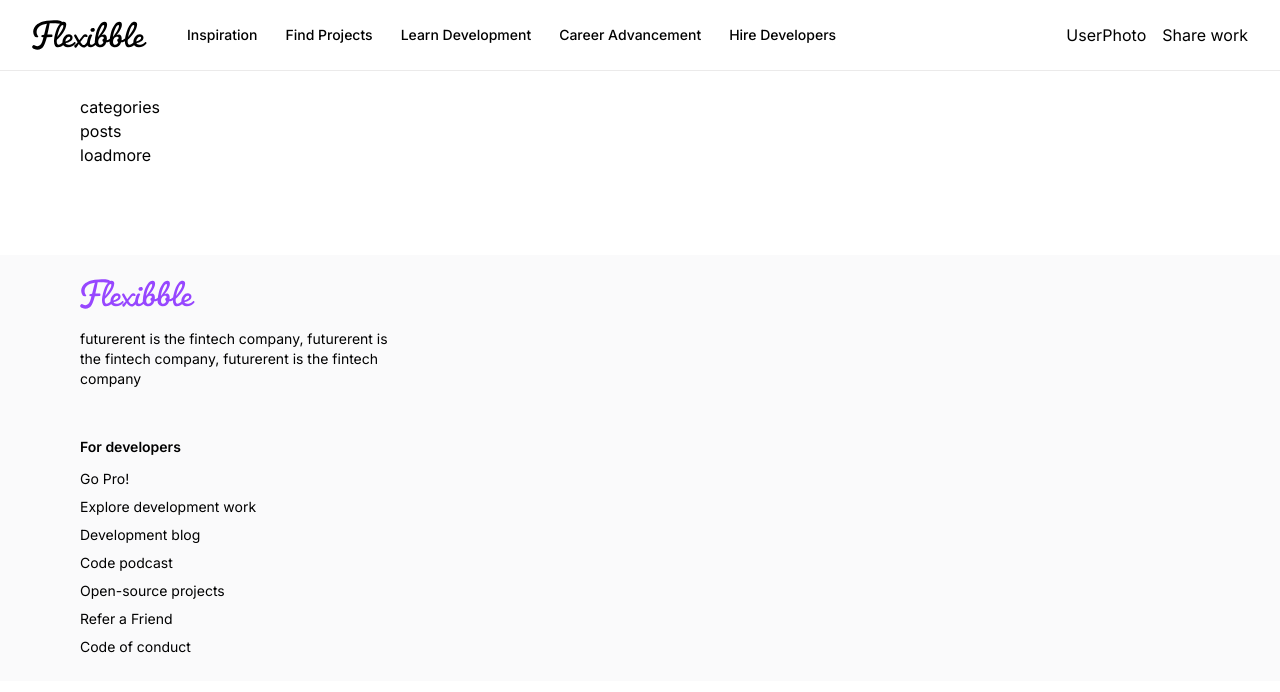
Repository: cicifuture/grafbase_proj
Page: /
The author's editor kept a copy of each file at every save. The page is drawn from the files as they stood at one save, then again after the next save.
The browser window is 1280 px wide. The pictures show the whole page.
The project was rebuilt for these pictures with package versions that can differ from the ones it lists, and the page was loaded fresh each time. The framework's server and built-in components were replaced by stand-ins that run in the browser. Also part of the build but not shown: next.config.js, components/AuthProviders.tsx.

Above is the page before, as saved 2023-09-26 10:10:01.

### components/Navbar.tsx
import React from 'react'
import Link from 'next/link'
import Image from 'next/image'
import { NavLinks } from '@/constant'
import AuthProviders from './AuthProviders'
const Navbar = () => {
  const session = {}
  return (
    <nav>
        <div className= 'flexBetween navbar'>
            <div className='flex-1 flexStart gap-10'>
                <Link href= '/'>
                    <Image
                        src='/logo.svg'
                        width={115}
                        height={43}
                        alt='Flexibble'/>
                </Link>
                <ul className = 'xl:flex hidden text-small gap-7'>
                  {NavLinks.map((link)=>(<Link href={link.href} key={link.key}>{link.text}</Link>))}
                </ul>
            </div>
            <div className='flexCenter gap-4'>
              {session ? (
                <>
                UserPhoto
                <Link href='/create-project'>Share work</Link>
                </>) : (<AuthProviders />)
                }
            </div>
        </div>
    </nav>
  )
}

export default Navbar

### components/Footer.tsx
import React from 'react'
import Image from 'next/image'
import Link from 'next/link';
import { footerLinks } from '@/constant';


type ColumnProps = {
  title:string;
  links:Array<string>;
}

const FooterColumn = ({title,links}:ColumnProps) => (
  <div className='footer_column'>
    <h4 className='font-semibold'>{title}</h4>
    <ul className='flex flex-col gap-2 font-normal'>{links.map((link)=><Link href='/' key={link}>{link}</Link>)}</ul>
  </div>
)
const Footer = () => {
  return (
    <footer className='flexStart footer'>
      <div className='flex flex-col gap-12 w-full'>
        <div className='flex items-start flex-col'>
          <Image src='/logo-purple.svg'
                width={115}
                height={38}
                alt="Flexibble"/>
          <p className='text-start text-sm font-normal mt-5 max-w-xs'>futurerent is the fintech company, futurerent is the fintech company, futurerent is the fintech company</p>
        </div>
        <div className='flex flex-wrap gap-12'>
          <FooterColumn title={footerLinks[0].title} links={footerLinks[0].links}/>
        </div>
      </div>
    </footer>


  )
}

export default Footer

Loaded but not shown: app/layout.tsx (common file); app/page.tsx (common file); app/globals.css (common file); constant/index.ts (common file); tailwind.config.ts (common file)

After the next save:
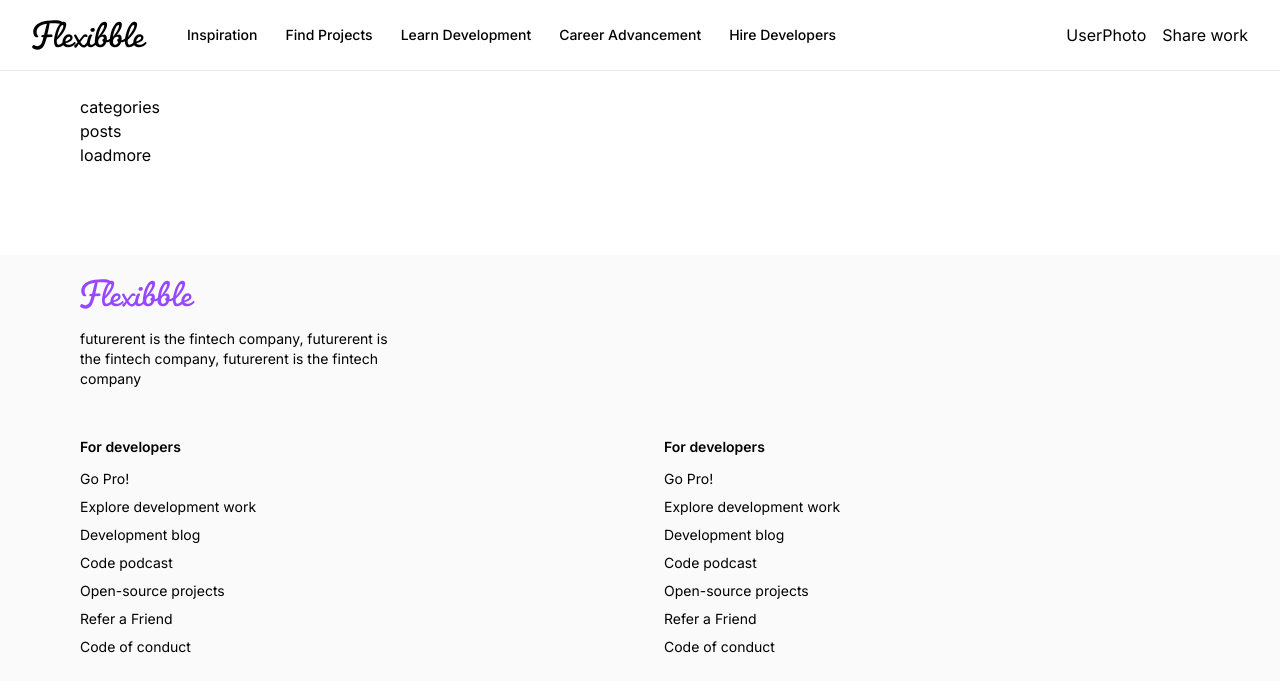
Saved 93 min 46 s later.
--- a/components/Footer.tsx
+++ b/components/Footer.tsx
@@ -28,6 +28,9 @@
         </div>
         <div className='flex flex-wrap gap-12'>
           <FooterColumn title={footerLinks[0].title} links={footerLinks[0].links}/>
+          <div className='flex-1 flex flex-col gap-4'>
+          <FooterColumn title={footerLinks[0].title} links={footerLinks[0].links}/>
+          </div>
         </div>
       </div>
     </footer>
